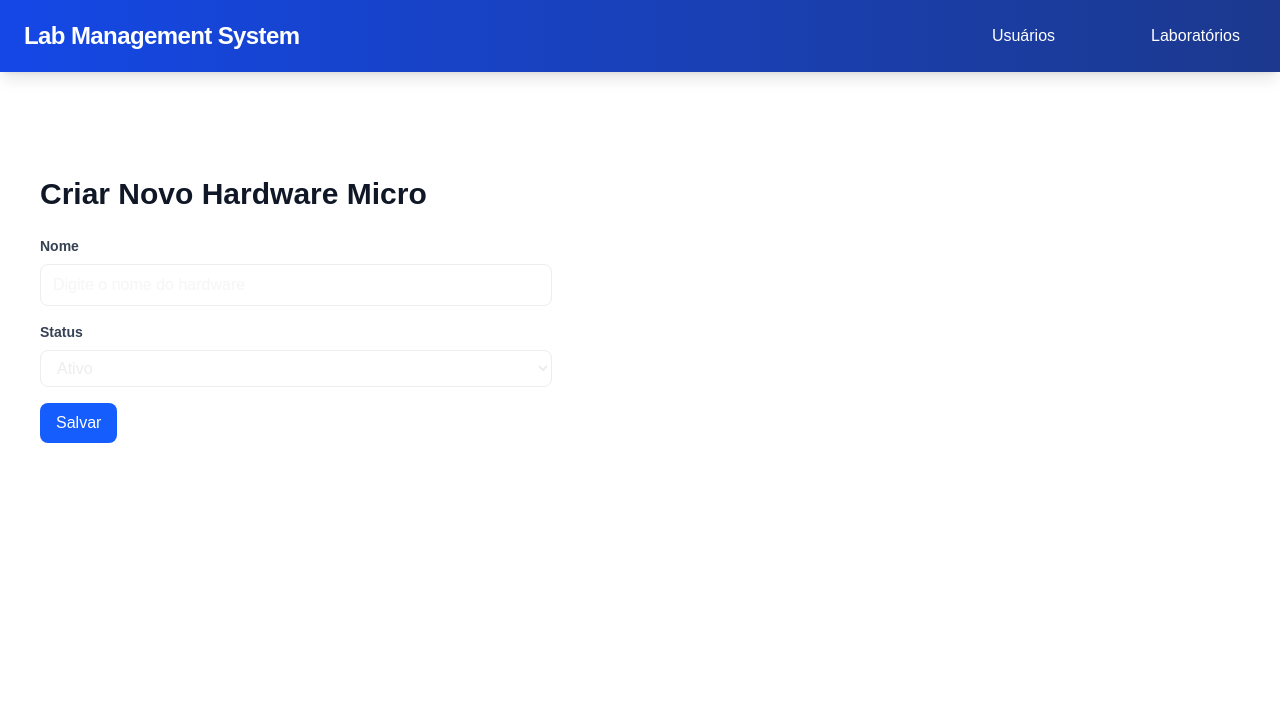
Repository: fabianosevla/gestao-labs
Page: /labs/hardware/micro/create (app in lab-management-system/)
An editor plug-in stored every save of this project. The page is shown before and after the next save, followed by the edit.
The browser window is 1280 px wide. The pictures show the whole page.
The project was rebuilt for these pictures with package versions that can differ from the ones it lists, and the page was loaded fresh each time. The framework's server and built-in components were replaced by stand-ins that run in the browser. Also part of the build but not shown: lab-management-system/next.config.mjs.

Above is the page before, as saved 2025-05-05 21:28:15.

### lab-management-system/app/layout.js
import Navbar from "../components/Navbar";
import "../app/globals.css";

export default function RootLayout({ children }) {
  return (
    <html lang="en">
      <body className="bg-white font-sans">
        <Navbar />
        <div className="max-w-7xl mx-auto pt-16 px-4">{children}</div>
      </body>
    </html>
  );
}

### lab-management-system/app/labs/hardware/micro/create/page.js
"use client";

export default function CreateMicro() {
    return (
        <div className="p-6 pt-28">
            <h1 className="text-3xl font-bold mb-6 text-gray-900">Criar Novo Hardware Micro</h1>
            <form className="max-w-lg">
                <div className="mb-4">
                    <label className="block text-gray-700 text-sm font-bold mb-2" htmlFor="name">
                        Nome
                    </label>
                    <input
                        type="text"
                        id="name"
                        className="w-full px-3 py-2 border rounded-lg focus:outline-none focus:ring-2 focus:ring-blue-500"
                        placeholder="Digite o nome do hardware"
                    />
                </div>
                <div className="mb-4">
                    <label className="block text-gray-700 text-sm font-bold mb-2" htmlFor="status">
                        Status
                    </label>
                    <select
                        id="status"
                        className="w-full px-3 py-2 border rounded-lg focus:outline-none focus:ring-2 focus:ring-blue-500"
                    >
                        <option value="ativo">Ativo</option>
                        <option value="inativo">Inativo</option>
                    </select>
                </div>
                <button
                    type="submit"
                    className="px-4 py-2 bg-blue-600 text-white rounded-lg hover:bg-blue-700 transition duration-300"
                >
                    Salvar
                </button>
            </form>
        </div>
    );
}

### lab-management-system/components/Navbar.js
"use client";

import Link from "next/link";
import { usePathname } from "next/navigation";
import { useEffect, useState } from "react";

export default function Navbar() {
    const pathname = usePathname();
    const [isLoginPage, setIsLoginPage] = useState(true);

    useEffect(() => {
        setIsLoginPage(pathname === "/login");
    }, [pathname]);

    if (isLoginPage) return null;

    return (
        <nav className="bg-gradient-to-r from-blue-700 to-blue-900 text-white shadow-lg fixed top-0 left-0 w-full z-50">
            <div className="max-w-7xl mx-auto px-6 py-4 flex justify-between items-center">
                <h1 className="text-2xl font-bold tracking-tight">Lab Management System</h1>
                <div className="flex space-x-16">
                    {/* Usuários */}
                    <div className="relative group">
                        <button className="px-4 py-2 rounded-xl hover:bg-blue-800 transition duration-300 ease-in-out font-medium">
                            Usuários
                        </button>
                        <div className="absolute right-0 mt-2 w-40 bg-white text-gray-800 rounded-xl shadow-2xl opacity-0 group-hover:opacity-100 group-hover:translate-y-0 transform -translate-y-3 transition-all duration-300 ease-in-out z-10">
                            <Link href="/users/visitors" className="block px-4 py-2 hover:bg-blue-100 rounded-t-xl transition duration-200">Visitantes</Link>
                            <Link href="/users/admins" className="block px-4 py-2 hover:bg-blue-100 rounded-b-xl transition duration-200">Admin</Link>
                        </div>
                    </div>

                    {/* Laboratórios */}
                    <div className="relative group">
                        <button className="px-4 py-2 rounded-xl hover:bg-blue-800 transition duration-300 ease-in-out font-medium">
                            Laboratórios
                        </button>
                        <div className="absolute right-0 mt-2 w-40 bg-white text-gray-800 rounded-xl shadow-2xl opacity-0 group-hover:opacity-100 group-hover:translate-y-0 transform -translate-y-3 transition-all duration-300 ease-in-out z-20">
                            <div className="relative group/sub">
                                <button className="block px-4 py-2 hover:bg-blue-100 w-full text-left transition duration-200">
                                    Hardware
                                </button>
                                <div className="absolute right-40 top-0 w-40 bg-white text-gray-800 rounded-xl shadow-2xl opacity-0 group-hover/sub:opacity-100 group-hover/sub:translate-x-0 transform translate-x-3 transition-all duration-300 ease-in-out z-20">
                                    <Link href="/labs/hardware/micro" className="block px-4 py-2 hover:bg-blue-100 rounded-t-xl transition duration-200">Micro</Link>
                                    <Link href="/labs/hardware/macro" className="block px-4 py-2 hover:bg-blue-100 rounded-b-xl transition duration-200">Macro</Link>
                                </div>
                            </div>
                            <Link href="/labs/software" className="block px-4 py-2 hover:bg-blue-100 rounded-b-xl transition duration-200">Software</Link>
                        </div>
                    </div>
                </div>
            </div>
        </nav>
    );
}

### lab-management-system/app/globals.css
@import "tailwindcss";

:root {
  --background: #ffffff;
  --foreground: #efecec;
}

@theme inline {
  --color-background: var(--background);
  --color-foreground: var(--foreground);
  --font-sans: var(--font-geist-sans);
  --font-mono: var(--font-geist-mono);
}

@media (prefers-color-scheme: dark) {
  :root {
    --background: #f7f1f1;
    --foreground: #ededed;
  }
}

body {
  background: var(--background);
  color: var(--foreground);
  font-family: Arial, Helvetica, sans-serif;
}

After the next save:
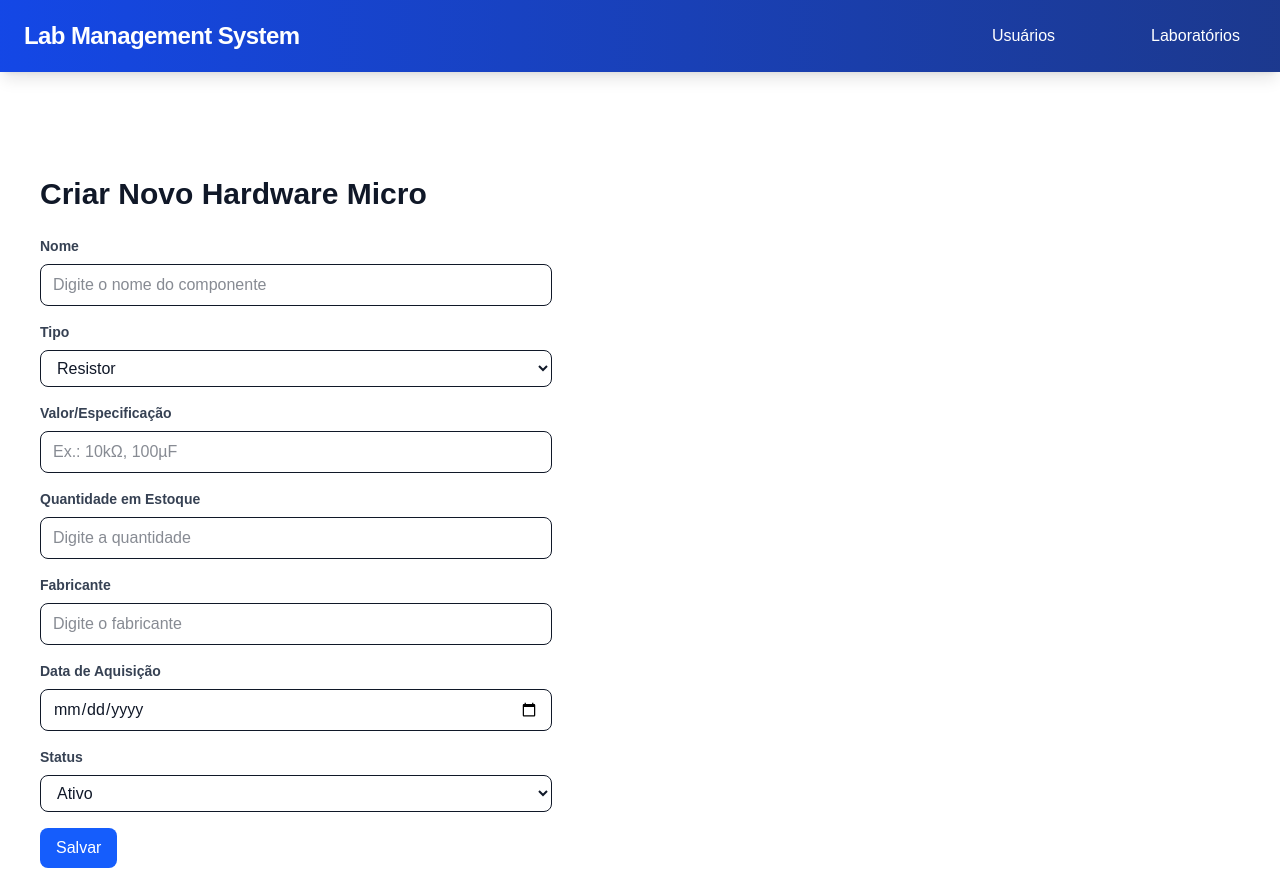
Saved 7 min 51 s later.
--- a/lab-management-system/app/labs/hardware/micro/create/page.js
+++ b/lab-management-system/app/labs/hardware/micro/create/page.js
@@ -12,8 +12,65 @@
                     <input
                         type="text"
                         id="name"
-                        className="w-full px-3 py-2 border rounded-lg focus:outline-none focus:ring-2 focus:ring-blue-500"
-                        placeholder="Digite o nome do hardware"
+                        className="w-full px-3 py-2 border rounded-lg focus:outline-none focus:ring-2 focus:ring-blue-500 text-gray-900"
+                        placeholder="Digite o nome do componente"
+                    />
+                </div>
+                <div className="mb-4">
+                    <label className="block text-gray-700 text-sm font-bold mb-2" htmlFor="type">
+                        Tipo
+                    </label>
+                    <select
+                        id="type"
+                        className="w-full px-3 py-2 border rounded-lg focus:outline-none focus:ring-2 focus:ring-blue-500 text-gray-900"
+                    >
+                        <option value="resistor">Resistor</option>
+                        <option value="capacitor">Capacitor</option>
+                        <option value="transistor">Transistor</option>
+                        <option value="diodo">Diodo</option>
+                    </select>
+                </div>
+                <div className="mb-4">
+                    <label className="block text-gray-700 text-sm font-bold mb-2" htmlFor="value">
+                        Valor/Especificação
+                    </label>
+                    <input
+                        type="text"
+                        id="value"
+                        className="w-full px-3 py-2 border rounded-lg focus:outline-none focus:ring-2 focus:ring-blue-500 text-gray-900"
+                        placeholder="Ex.: 10kΩ, 100µF"
+                    />
+                </div>
+                <div className="mb-4">
+                    <label className="block text-gray-700 text-sm font-bold mb-2" htmlFor="quantity">
+                        Quantidade em Estoque
+                    </label>
+                    <input
+                        type="number"
+                        id="quantity"
+                        className="w-full px-3 py-2 border rounded-lg focus:outline-none focus:ring-2 focus:ring-blue-500 text-gray-900"
+                        placeholder="Digite a quantidade"
+                    />
+                </div>
+                <div className="mb-4">
+                    <label className="block text-gray-700 text-sm font-bold mb-2" htmlFor="manufacturer">
+                        Fabricante
+                    </label>
+                    <input
+                        type="text"
+                        id="manufacturer"
+                        className="w-full px-3 py-2 border rounded-lg focus:outline-none focus:ring-2 focus:ring-blue-500 text-gray-900"
+                        placeholder="Digite o fabricante"
+                    />
+                </div>
+                <div className="mb-4">
+                    <label className="block text-gray-700 text-sm font-bold mb-2" htmlFor="acquisitionDate">
+                        Data de Aquisição
+                    </label>
+                    <input
+                        type="date"
+                        id="acquisitionDate"
+                        className="w-full px-3 py-2 border rounded-lg focus:outline-none focus:ring-2 focus:ring-blue-500 text-gray-900"
                     />
                 </div>
                 <div className="mb-4">
@@ -22,7 +79,7 @@
                     </label>
                     <select
                         id="status"
-                        className="w-full px-3 py-2 border rounded-lg focus:outline-none focus:ring-2 focus:ring-blue-500"
+                        className="w-full px-3 py-2 border rounded-lg focus:outline-none focus:ring-2 focus:ring-blue-500 text-gray-900"
                     >
                         <option value="ativo">Ativo</option>
                         <option value="inativo">Inativo</option>
